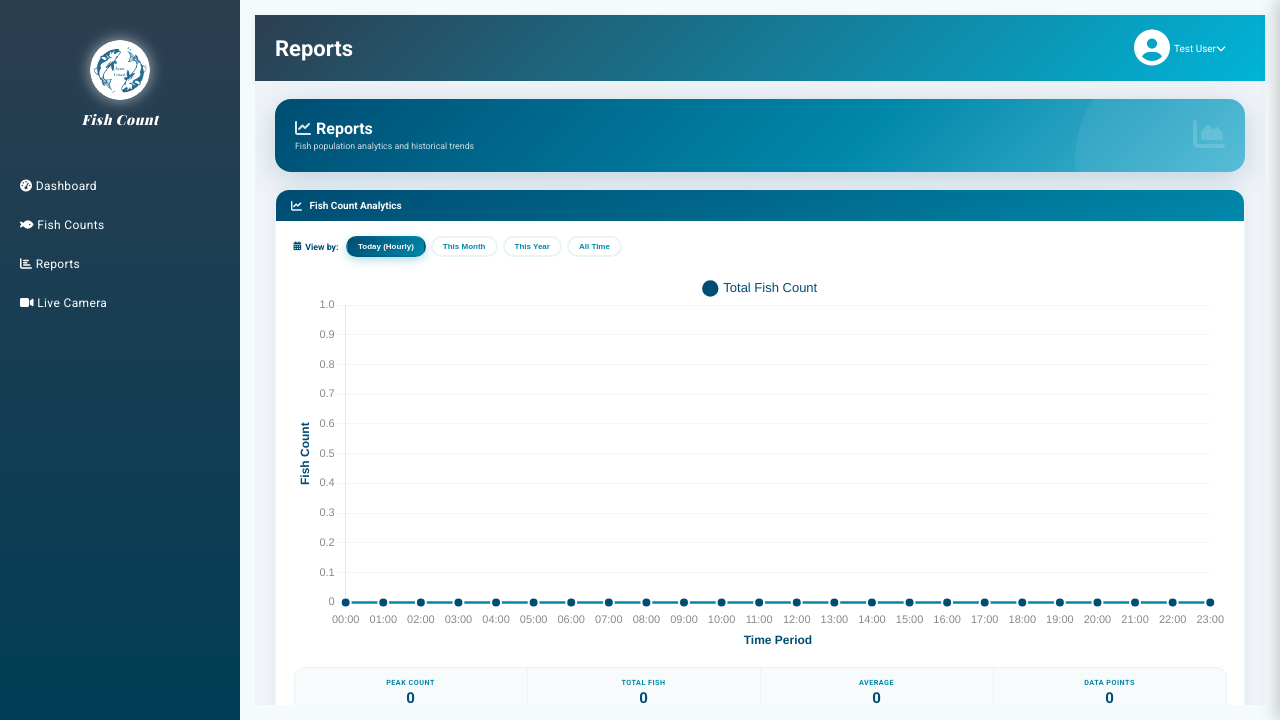
Repository: justinemaesamoranos-sudo/Fish-Counting
Page: http://localhost/reports
The author's editor kept a copy of each file at every save. The page is drawn from the files as they stood at one save, then again after the next save.
The browser window is 1280 px wide. The pictures show the whole page.
An inner scrolling area shows only its first screen. The page is served by the project's Laravel application, run on PHP 8.4 with Laravel 10. A made-up administrator, Test User (test@example.com), is signed in. Queries for data that is not in the repository find no rows.

Above is the page before, as saved 2026-03-10 15:21:34.

After the next save:
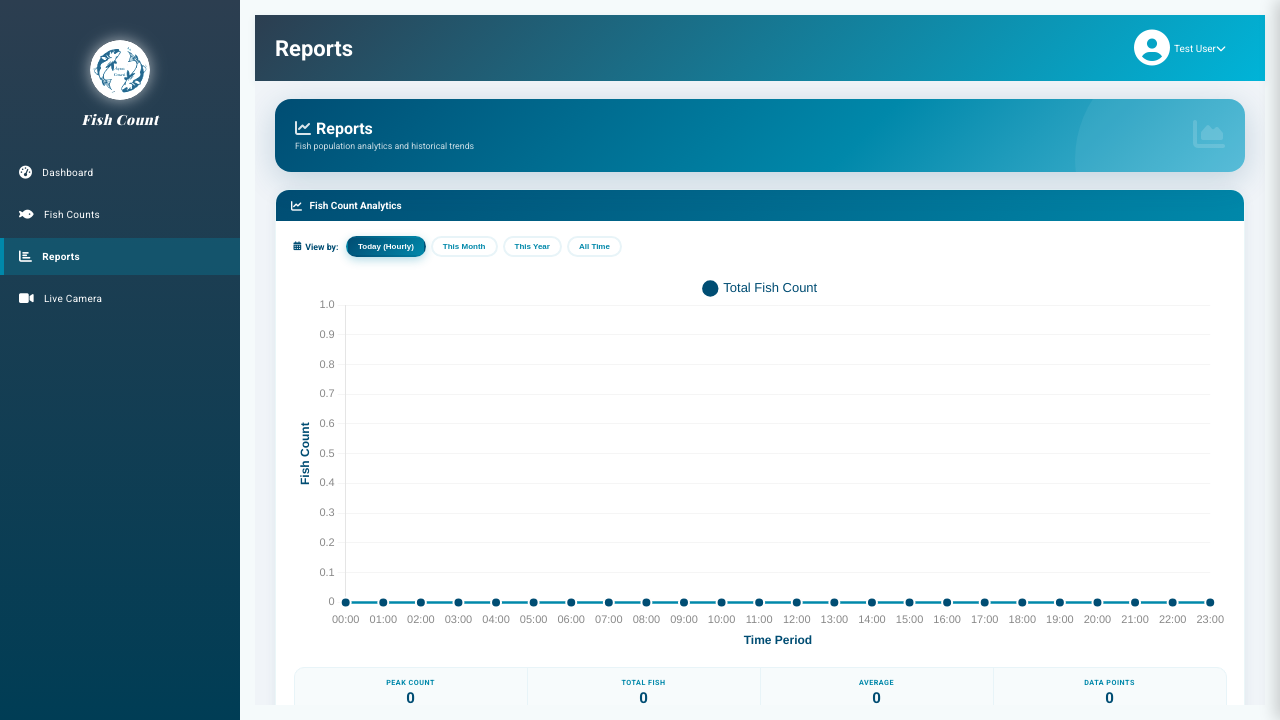
Saved 5 min 29 s later.
--- a/resources/views/layouts/app.blade.php
+++ b/resources/views/layouts/app.blade.php
@@ -47,6 +47,71 @@
             bottom: 0;
             left: 0;
             padding-top: 2rem;
+            transition: width 0.3s ease;
+            overflow: hidden;
+            z-index: 101;
+        }
+
+        .sidebar.collapsed {
+            width: 70px;
+        }
+
+        .sidebar.collapsed .sidebar-header h2 {
+            display: none;
+        }
+
+        .sidebar.collapsed .sidebar-header img {
+            width: 45px;
+            height: 45px;
+            object-fit: cover;
+        }
+
+        .sidebar.collapsed ul li a span {
+            display: none;
+        }
+
+        .sidebar.collapsed ul li a i {
+            margin-right: 0;
+        }
+
+        .sidebar ul {
+            list-style: none;
+            padding: 0;
+            margin: 0;
+        }
+
+        .sidebar ul li {
+            padding: 0;
+        }
+
+        .sidebar ul li a {
+            display: flex;
+            align-items: center;
+            gap: 1rem;
+            color: #fff;
+            text-decoration: none;
+            padding: 1.2rem 1.5rem;
+            transition: all 0.3s ease;
+            border-left: 4px solid transparent;
+            font-size: 1rem;
+        }
+
+        .sidebar ul li a i {
+            font-size: 1.3rem;
+            min-width: 1.3rem;
+            transition: all 0.3s ease;
+        }
+
+        .sidebar ul li a:hover {
+            background-color: rgba(0, 136, 170, 0.2);
+            border-left-color: #0088AA;
+            padding-left: 1.2rem;
+        }
+
+        .sidebar ul li a.active {
+            background-color: rgba(0, 136, 170, 0.3);
+            border-left-color: #0088AA;
+            font-weight: 600;
         }
         .sidebar-header img {
             box-shadow: 0 0 15px rgba(255, 255, 255, 0.6);
@@ -68,6 +133,11 @@
         .main-content {
             margin-left: 240px;
             padding: 1.5rem;
+            transition: margin-left 0.3s ease;
+        }
+
+        .main-content.sidebar-collapsed {
+            margin-left: 70px;
         }
         .profile-avatar {
             width: 36px;
@@ -77,6 +147,23 @@
             vertical-align: middle;
             font-size: 36px;
         }
+        .sidebar-toggle {
+            display: none;
+            background: transparent;
+            border: none;
+            color: #fff;
+            font-size: 1.5rem;
+            cursor: pointer;
+            padding: 0.5rem 0.8rem;
+            border-radius: 0.4rem;
+            transition: background 0.3s;
+            margin-right: 1rem;
+        }
+
+        .sidebar-toggle:hover {
+            background: rgba(0, 0, 0, 0.2);
+        }
+
         .profile-btn {
             display: flex;
             align-items: center;
@@ -88,6 +175,7 @@
             padding: 0.5rem;
             border-radius: 0.4rem;
             transition: background 0.3s;
+            white-space: nowrap;
         }
         .profile-btn:hover {
             background: rgba(255, 255, 255, 0.1);
@@ -632,12 +720,17 @@
     {{-- Main Content --}}
     <div class="main-content">
         <header class="dashboard-header">
-            <h1>@yield('title')</h1>
+            <div style="display: flex; align-items: center; gap: 1rem;">
+                <button class="sidebar-toggle" onclick="toggleSidebar()" title="Toggle Sidebar">
+                    <i class="fas fa-bars"></i>
+                </button>
+                <h1>@yield('title')</h1>
+            </div>
 
             <div class="profile-dropdown">
                 <button class="profile-btn">
                     <i class="fas fa-user-circle profile-avatar"></i>
-                    {{ auth()->user()->first_name }} {{ auth()->user()->last_name }}
+                    <span>{{ auth()->user()->first_name }} {{ auth()->user()->last_name }}</span>
                     <i class="fas fa-chevron-down"></i>
                 </button>
             </div>
@@ -677,8 +770,43 @@
         </main>
     </div>
 
-    {{-- Profile panel script --}}
+    {{-- Sidebar and Profile Panel Scripts --}}
     <script>
+        // Sidebar Toggle Function
+        function toggleSidebar() {
+            const sidebar = document.querySelector('.sidebar');
+            const mainContent = document.querySelector('.main-content');
+
+            if (sidebar && mainContent) {
+                sidebar.classList.toggle('collapsed');
+                mainContent.classList.toggle('sidebar-collapsed');
+                localStorage.setItem('sidebarCollapsed', sidebar.classList.contains('collapsed'));
+            }
+        }
+
+        // Restore sidebar state on page load
+        window.addEventListener('DOMContentLoaded', () => {
+            const isCollapsed = localStorage.getItem('sidebarCollapsed') === 'true';
+            if (isCollapsed) {
+                const sidebar = document.querySelector('.sidebar');
+                const mainContent = document.querySelector('.main-content');
+                if (sidebar && mainContent) {
+                    sidebar.classList.add('collapsed');
+                    mainContent.classList.add('sidebar-collapsed');
+                }
+            }
+
+            // Highlight active nav item
+            const currentPath = window.location.pathname;
+            document.querySelectorAll('.sidebar ul li a').forEach(link => {
+                const href = new URL(link.href, window.location.origin).pathname;
+                if (href === currentPath) {
+                    link.classList.add('active');
+                }
+            });
+        });
+
+        // Profile Panel Functions
         function openProfilePanel() {
             const panel = document.querySelector('.profile-panel');
             const overlay = document.querySelector('.profile-overlay');
